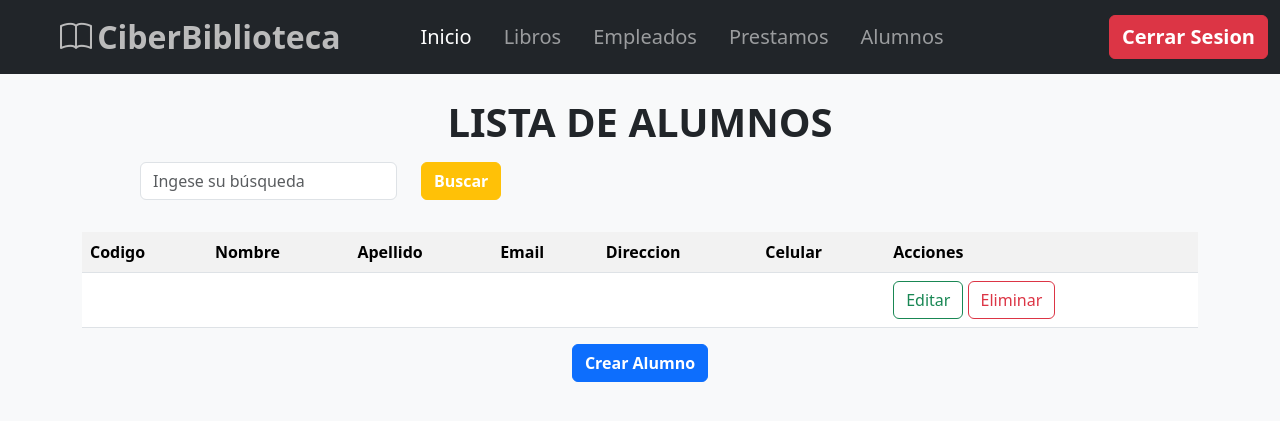
Repository: WilmerOcampo/LP1_Biblioteca
Page: http://localhost/Proyecto/listaAlumnos.jsp
The author's editor kept a copy of each file at every save. The page is drawn from the files as they stood at one save, then again after the next save.
The browser window is 1280 px wide. The pictures show the whole page.
The page is served by Tomcat 10.

Above is the page before, as saved 2023-05-31 16:29:07.

After the next save:
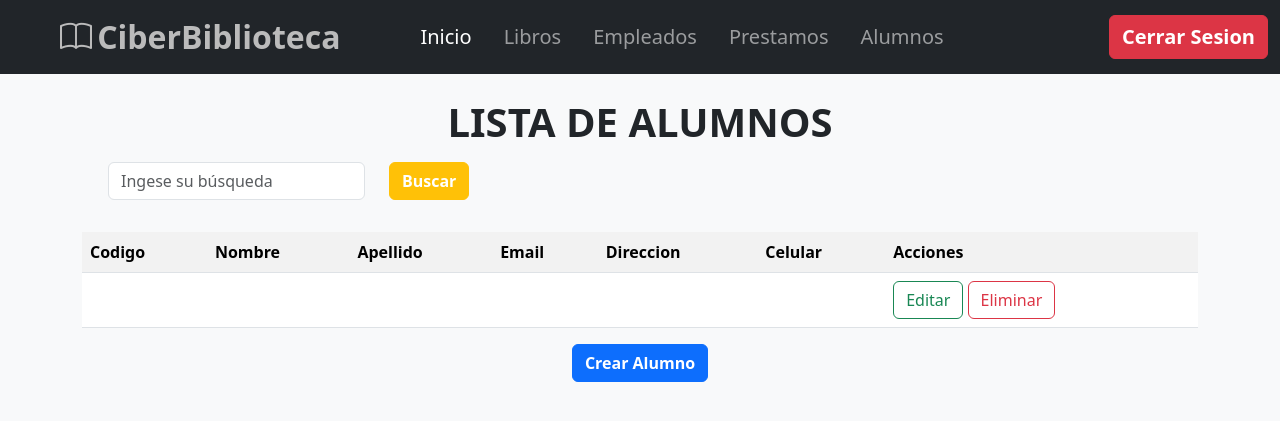
Saved 5 s later.
--- a/Proyecto/src/main/webapp/listaAlumnos.jsp
+++ b/Proyecto/src/main/webapp/listaAlumnos.jsp
@@ -62,7 +62,7 @@
 
     <nav class="navbar">
         <div class="container-fluid">
-            <form class="d-flex" role="search" style="margin-left: 8rem">
+            <form class="d-flex" role="search" style="margin-left: 6rem">
                 <input class="form-control me-4" type="search" placeholder="Ingese su búsqueda" aria-label="Search">
                 <button class="btn btn-warning" type="submit" style="color: #fff; font-weight:600">Buscar</button>
             </form>
